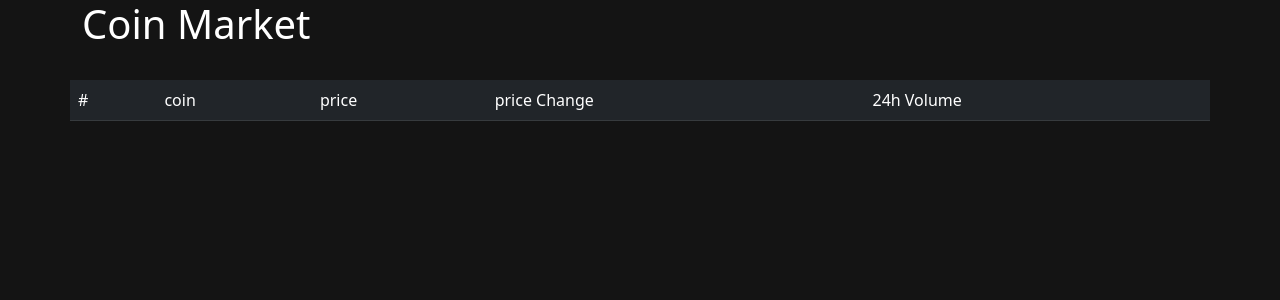
Repository: Ellisvelandia/react-coingecko-api
Page: /
The author's editor kept a copy of each file at every save. The page is drawn from the files as they stood at one save, then again after a run of saves.
The browser window is 1280 px wide. The pictures show the whole page.
The page's requests for data from a server got no answer. The project was rebuilt for these pictures with package versions that can differ from the ones it lists, and the page was loaded fresh each time. No one was signed in, and anything a server would have sent is missing. Also part of the build but not shown: src/App.css, src/components/CoinRow.js.

Above is the page before, as saved 2022-09-11 23:48:06.

### public/index.html
<!DOCTYPE html>
<html lang="en">
  <head>
    <meta charset="utf-8" />
    <link rel="icon" href="%PUBLIC_URL%/favicon.ico" />
    <meta name="viewport" content="width=device-width, initial-scale=1" />
    <meta name="theme-color" content="#000000" />
    <meta
      name="description"
      content="Web site created using create-react-app"
    />
    <link rel="apple-touch-icon" href="%PUBLIC_URL%/logo192.png" />

    <link rel="manifest" href="%PUBLIC_URL%/manifest.json" />

    <title>Coin Market</title>
  </head>
  <body>
    <noscript>You need to enable JavaScript to run this app.</noscript>
    <div id="root"></div>

  </body>
</html>

### src/App.js
import { useEffect, useState } from "react";
import "./App.css";
import axios from "axios";
import TableCoins from "./components/TableCoins";

function App() {
  const [coins, setCoins] = useState([]);
  const [search, setSearch] = useState('');

  const getData = async () => {
    const res = await axios.get(
      "https://api.coingecko.com/api/v3/coins/markets?vs_currency=usd&order=market_cap_desc&per_page=100&page=1"
    );
    console.log(res.data);
    setCoins(res.data);
  };

  useEffect(() => {
    getData();
  }, []);

  return (
    <div className="container">
      <div className="row">
        <h1>Coin Market</h1>
        <TableCoins coins={coins} />
      </div>
    </div>
  );
}

export default App;

### src/index.css
body {
  background: #141414;
  color: #fff;
}

### src/components/TableCoins.js
import React from "react";
import CoinRow from "./CoinRow";

const titles = ["#", "coin", "price", "price Change", "24h Volume"];

const TableCoins = ({ coins }) => {
  return (
    <table className="table table-dark mt-4 table-hover">
      <thead>
        <tr>
          {titles.map((title) => (
            <td>{title}</td>
          ))}
        </tr>
      </thead>
      <tbody>
        {coins.map((coin, index) => (
          <CoinRow coin={coin} key={index} index={index + 1} />
        ))}
      </tbody>
    </table>
  );
};

export default TableCoins;

Loaded but not shown: src/index.js (common file)

After the next 3 saves:
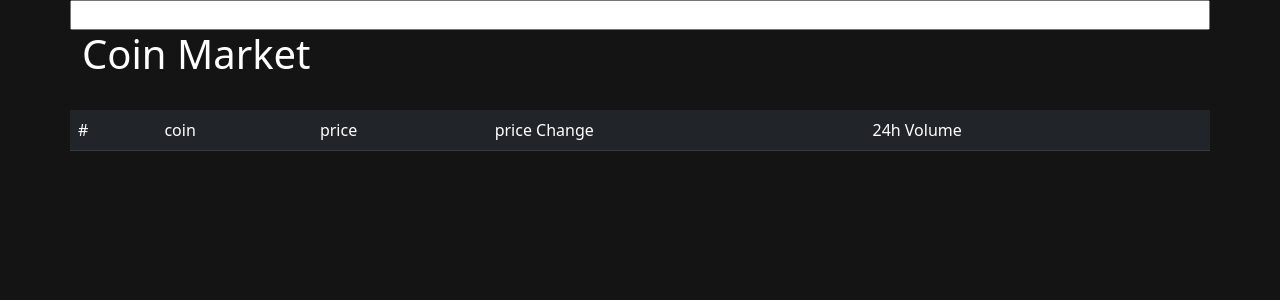
The 3 saves are shown as one change because they came seconds apart.
The last was saved 46 s later.
--- a/src/App.js
+++ b/src/App.js
@@ -22,6 +22,7 @@ function App() {
   return (
     <div className="container">
       <div className="row">
+        <input type="text" />
         <h1>Coin Market</h1>
         <TableCoins coins={coins} />
       </div>
